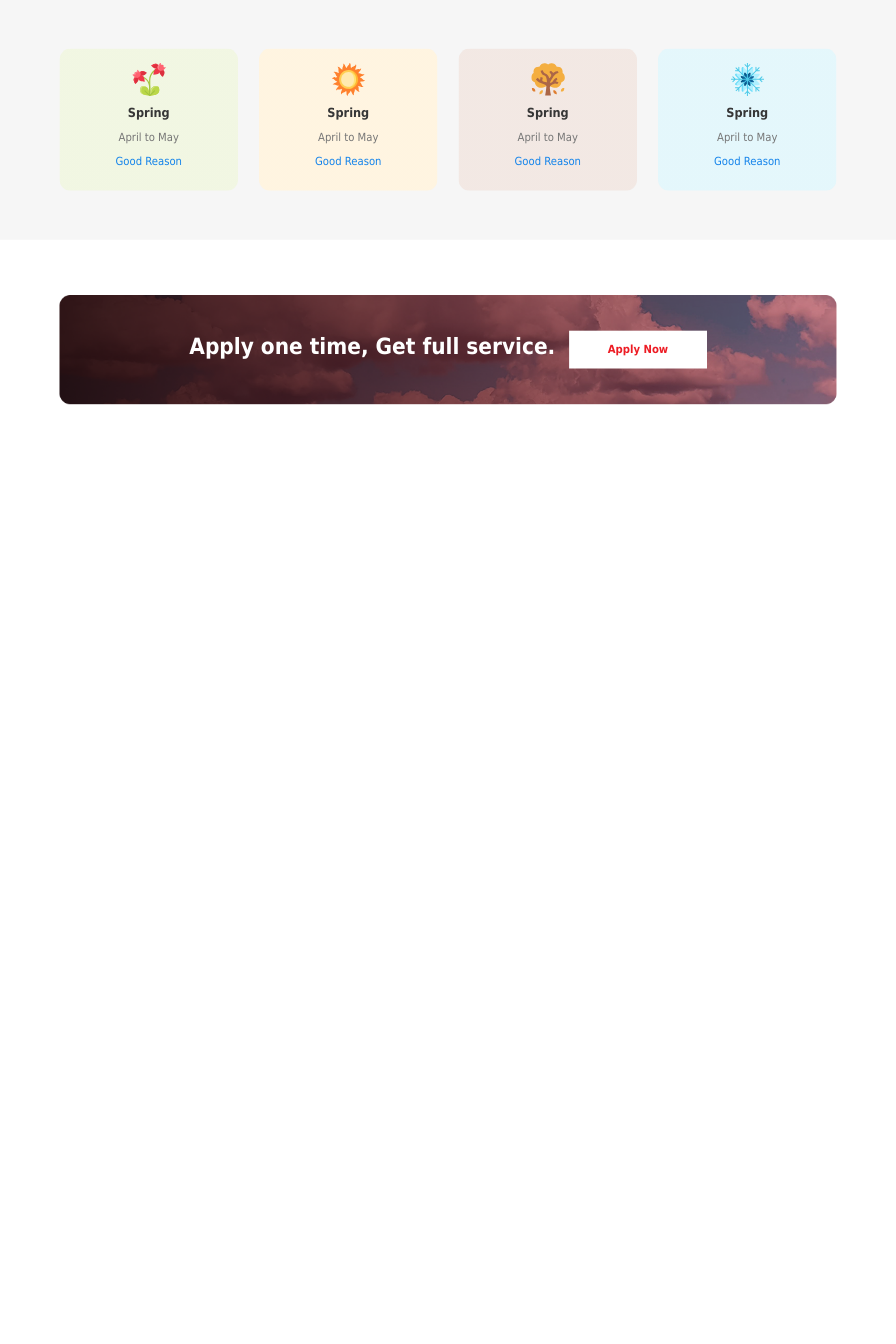
Repository: cvminhquan/turkey
Page: index.html
The author's editor kept a copy of each file at every save. The page is drawn from the files as they stood at one save, then again after the next save.
The browser window is 1280 px wide. The pictures show the part of the page from y = 3468 to 5388 px (the page is 30000 px tall), at 70% of full size.
The style sheet was rebuilt from its Sass, Less or Tailwind sources for each picture, by a compiler version that may differ from the author's.

Above is the page before, as saved 2022-09-15 23:10:21.

After the next save:
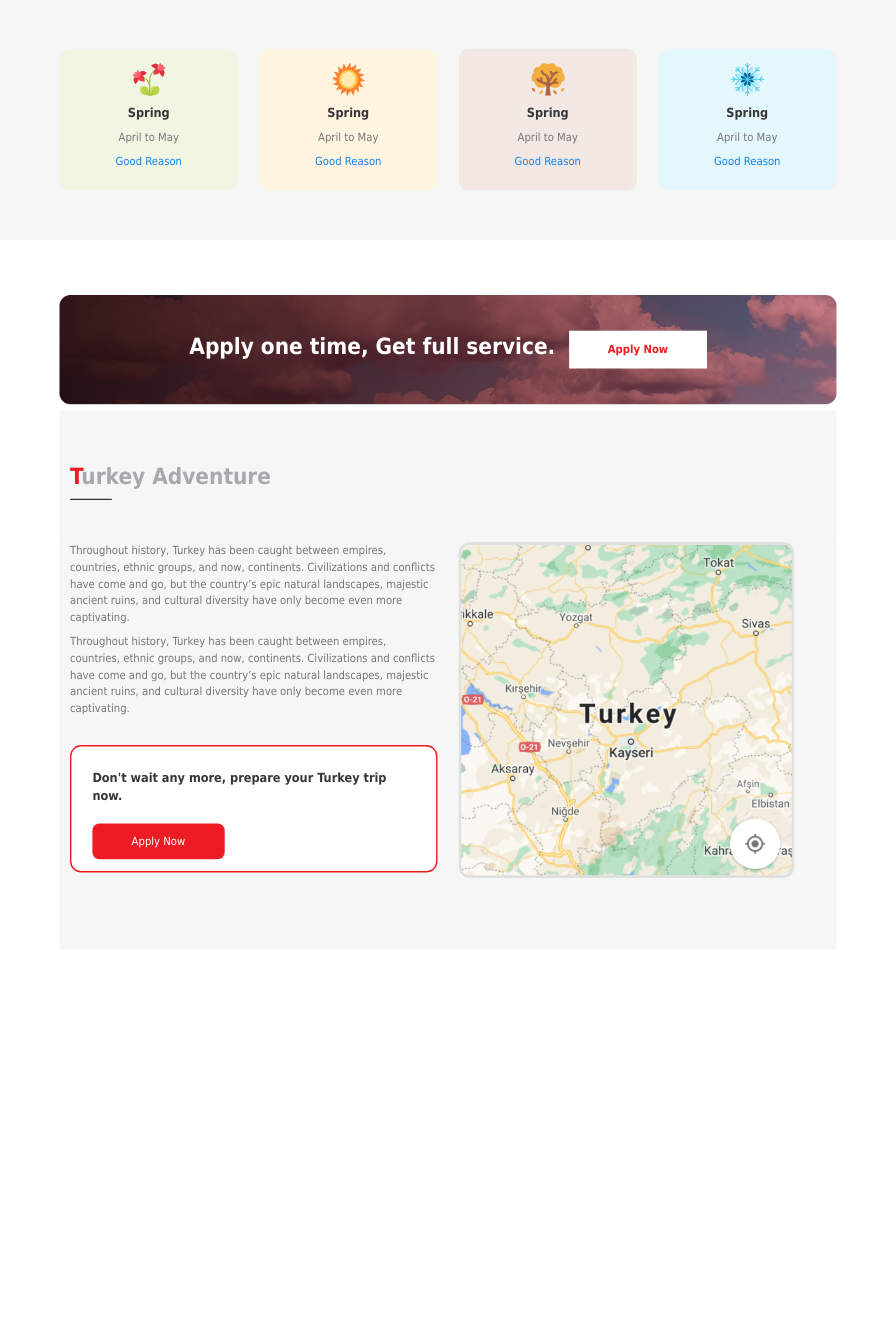
Saved 2 min 27 s later.
--- a/index.html
+++ b/index.html
@@ -63,7 +63,7 @@
             </div>
 
         </div>
-        <section id="starnow">
+        <div id="starnow">
             <div class="container pt-7 pb-7">
                 <h2 class="title text-center">Turkey Best Selling Tours</h2>
                 <div class="row mb-60">
@@ -145,8 +145,8 @@
                 </div>
 
             </div>
-        </section>
-        <section id="choseus" class=" bg-gray">
+        </div>
+        <div id="choseus" class=" bg-gray">
             <div class="container pt-7 pb-7">
                 <h2 class="title text-center">When to travel Turkey</h2>
                 <div class="row mb-60">
@@ -240,17 +240,39 @@
                     </div>
                 </div>
             </div>
-        </section>
-        <section id="whychooseus" class="whychooseus">
+        </div>
+        <div id="whychooseus" class="whychooseus">
             <div>
                 <div class="container">
                     <div class="ad-infor d-flex text-center align-items-center justify-content-center">
                         <p class="text-center ad-infor-title">Apply one time, Get full service.</p>
                         <a href="" class="apply">Apply Now</a>
                     </div>
-                </div>
-            </div>
-        </section>
+                    <div id="turkeytrip" class="bg-gray">
+                        <div class="container pt-7 pb-7">
+                            <h2 class="title title-left">Turkey Adventure</h2>
+                            <div class="row bg-gray">
+                                <div class="col-lg-6">
+                                    <p>Throughout history, Turkey has been caught between empires, countries, ethnic groups, and now, continents. Civilizations and conflicts have come and go, but the country’s epic natural landscapes, majestic ancient ruins,
+                                        and cultural diversity have only become even more captivating.
+                                    </p>
+                                    <p class="mb-40">Throughout history, Turkey has been caught between empires, countries, ethnic groups, and now, continents. Civilizations and conflicts have come and go, but the country’s epic natural landscapes, majestic ancient ruins,
+                                        and cultural diversity have only become even more captivating.
+                                    </p>
+                                    <div class="wrapper-div p-30 mb-40">
+                                        <p class="description mb-40">Don't wait any more, prepare your Turkey trip now.</p>
+                                        <a class="button-apply mt-20" href="">Apply Now</a>
+                                    </div>
+                                </div>
+                                <div class="col-lg-6 ">
+                                    <img class="map-img" src="./images/map-1.jpg" alt="" title="">
+                                </div>
+                            </div>
+                        </div>
+                    </div>
+                </div>
+            </div>
+        </div>
         <section id="contactus ">
 
         </section>
